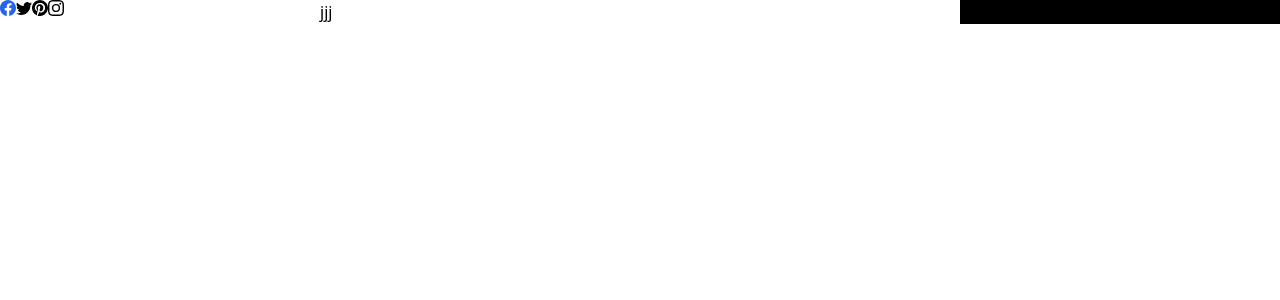
Repository: tentaciones/catMemeGenerator
Page: /
An editor plug-in stored every save of this project. The page is shown before and after the next save, followed by the edit.
The browser window is 1280 px wide. The pictures show the whole page.
The project was rebuilt for these pictures with package versions that can differ from the ones it lists, and the page was loaded fresh each time.

Above is the page before, as saved 2022-07-07 13:43:25.

After the next save:
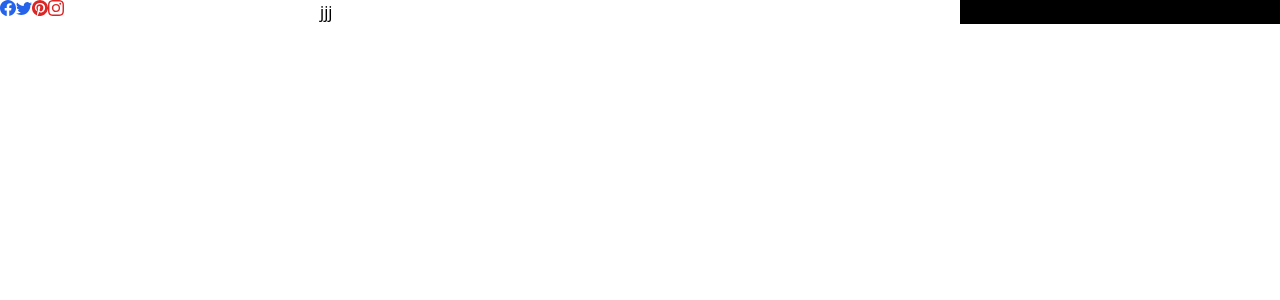
Saved 33 s later.
--- a/src/components/Navbar.jsx
+++ b/src/components/Navbar.jsx
@@ -11,9 +11,9 @@
       <div className="flex">
         <div className="w-1/4 flex">
           <BsFacebook className="text-blue-600" />
-          <BsTwitter />
-          <BsPinterest />
-          <BsInstagram />
+          <BsTwitter className="text-blue-600" />
+          <BsPinterest className="text-red-600" />
+          <BsInstagram className="text-red-600" />
         </div>
         <div className="w-2/4">jjj</div>
         <div className="bg-black w-1/4">hhh</div>
